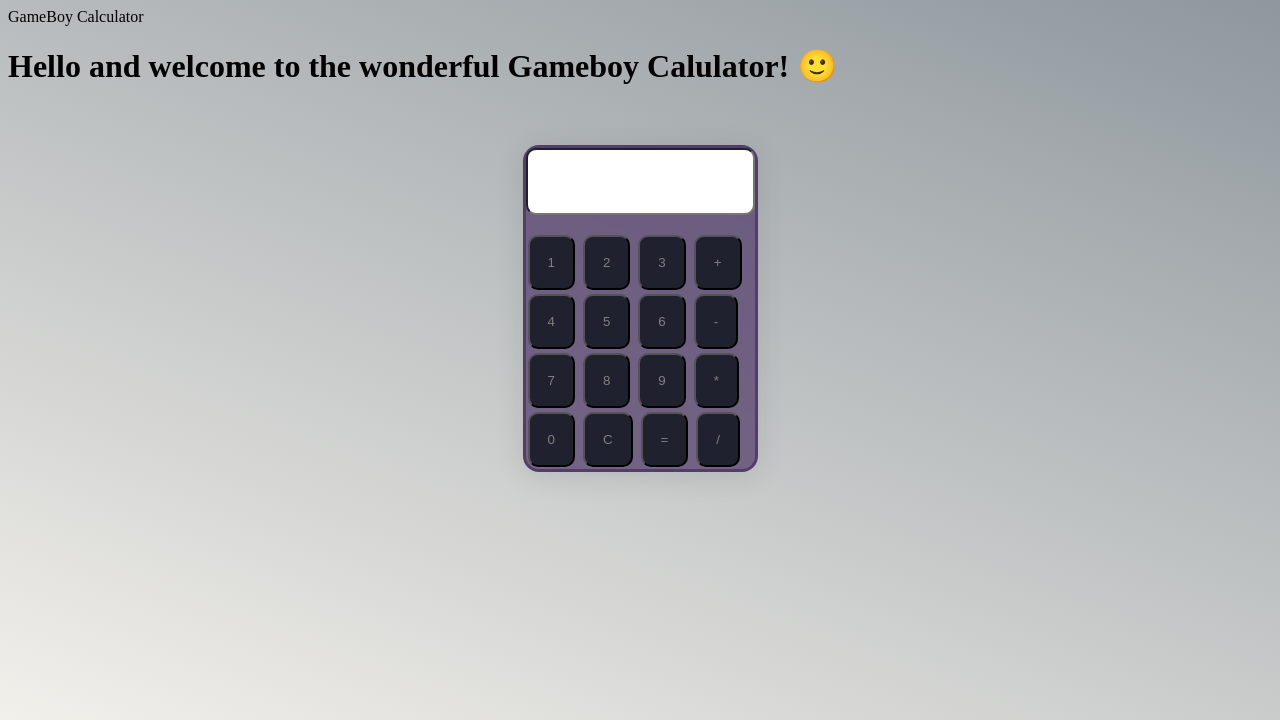
Repository: CrazyPaine/GameBoy-Calculator
Page: index.html
The author's editor kept a copy of each file at every save. The page is drawn from the files as they stood at one save, then again after the next save.
The browser window is 1280 px wide. The pictures show the whole page.

Above is the page before, as saved 2024-02-02 16:18:47.

After the next save:
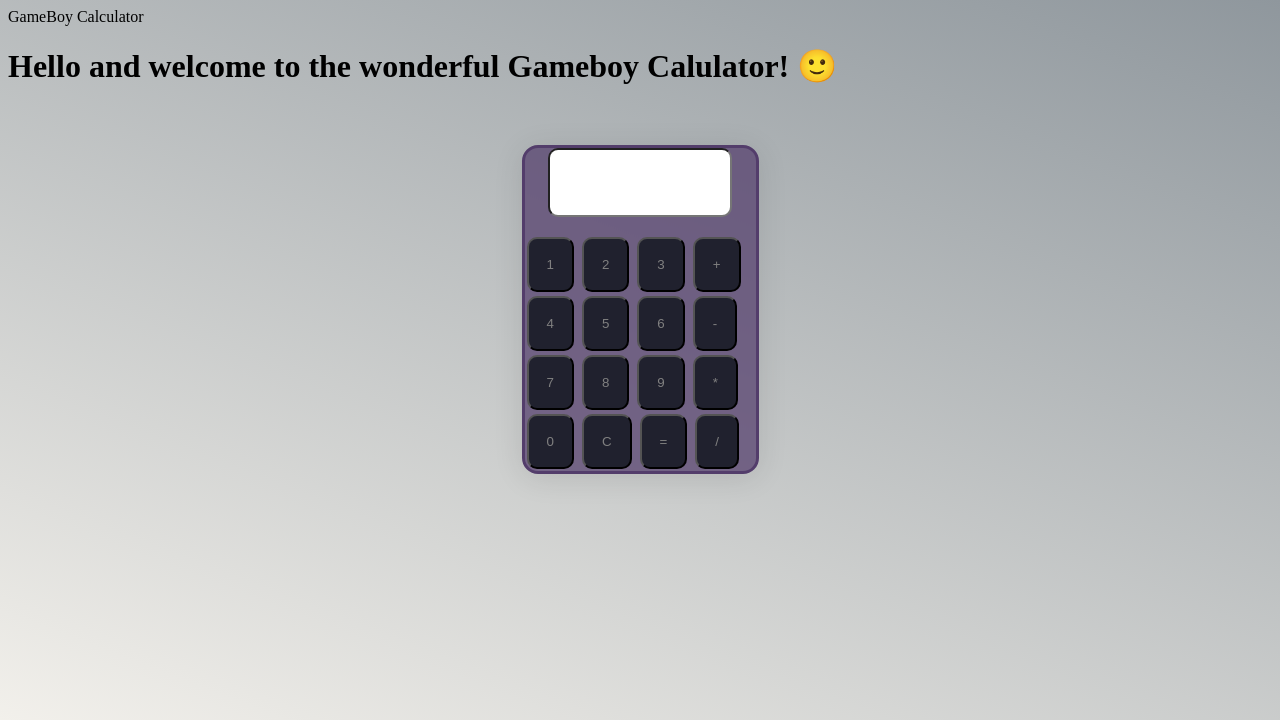
Saved 35 s later.
--- a/css/styles.css
+++ b/css/styles.css
@@ -32,9 +32,8 @@ body {
     display: flex;
     align-items:center;
     justify-content: center;
-    padding: 24px;
+    padding: 25px;
     width: 80%;
-    width:auto;
     margin:auto
 }
 
